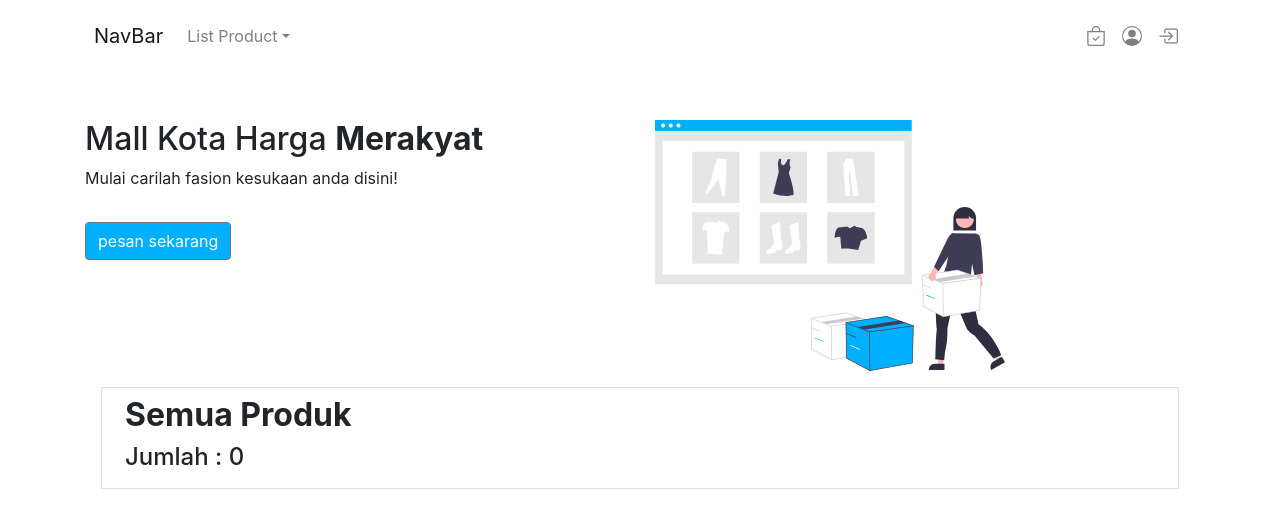
Repository: AHSANS354/ecommerce-catalog
Page: /
An editor plug-in stored every save of this project. The page is shown before and after the next save, followed by the edit.
The browser window is 1280 px wide. The pictures show the whole page.
The page's requests for data from a server got no answer. The project was rebuilt for these pictures with package versions that can differ from the ones it lists, and the page was loaded fresh each time. No one was signed in, and anything a server would have sent is missing. Also part of the build but not shown: vue.config.js, src/components/CardProduct.vue.

Above is the page before, as saved 2023-03-01 22:41:16.

### src/main.js
import Vue from "vue";
import App from "./App.vue";
import router from "./router";
import { BootstrapVue, IconsPlugin } from "bootstrap-vue";
// Import Bootstrap and BootstrapVue CSS files (order is important)
import "bootstrap/dist/css/bootstrap.css";
import "bootstrap-vue/dist/bootstrap-vue.css";
import "./assets/style/main.css";

// Make BootstrapVue available throughout your project
Vue.use(BootstrapVue);
// Optionally install the BootstrapVue icon components plugin
Vue.use(IconsPlugin);

Vue.config.productionTip = false;

new Vue({
  router,
  render: (h) => h(App),
}).$mount("#app");

### src/App.vue
<template>
  <div id="app">
    <router-view />
  </div>
</template>

### src/assets/style/main.css
.btn.btn-secondary {
  background-color: #00b0ff !important;
}

.card-img-top {
  height: 18rem;
}

.card {
  padding: 2rem;
}

.deskripsi {
  display: -webkit-box;
  -webkit-line-clamp: 3;
  -webkit-box-orient: vertical;
  overflow: hidden;
  text-overflow: ellipsis;
}

.title {
  display: -webkit-box;
  -webkit-line-clamp: 2;
  -webkit-box-orient: vertical;
  overflow: hidden;
  text-overflow: ellipsis;
}

### src/views/HomeView.vue
<template>
  <div class="home">
    <navbar-view />
    <div class="container mt-5">
      <div class="row">
        <div class="col-md-6">
          <h2>Mall Kota Harga <strong>Merakyat</strong></h2>
          <p>Mulai carilah fasion kesukaan anda disini!</p>

          <b-button class="mt-3"> pesan sekarang </b-button>
        </div>
        <div class="col-md-6">
          <img
            src="../assets/images/undraw_web_shopping_re_owap.svg"
            alt="foto"
            width="350"
          />
        </div>
      </div>

      <div class="row border m-3 p-2">
        <div class="col">
          <h2><strong>Semua Produk</strong></h2>
          <h4>
            Jumlah :
            {{ products.length }}
          </h4>
        </div>
      </div>

      <div class="row">
        <div class="col-md-4" v-for="product in products" :key="product.id">
          <card-product :product="product" />
        </div>
      </div>
    </div>
  </div>
</template>

<script>
import NavbarView from "@/components/NavbarView.vue";
import CardProduct from "@/components/CardProduct.vue";
import axios from "axios";
// @ is an alias to /src

export default {
  name: "HomeView",
  components: {
    NavbarView,
    CardProduct,
  },
  data() {
    return {
      products: [],
    };
  },
  methods: {
    setProduct(data) {
      this.products = data;
    },
  },
  mounted() {
    axios
      .get("https://fakestoreapi.com/products")
      .then((response) => this.setProduct(response.data))
      .catch((error) => console.log(error));
  },
};
</script>

### src/components/NavbarView.vue
<template>
  <div class="container p-2">
    <b-navbar toggleable="lg" type="light">
      <router-link class="navbar-brand" to="/">NavBar</router-link>

      <b-navbar-toggle target="nav-collapse"></b-navbar-toggle>

      <b-collapse id="nav-collapse" is-nav>
        <b-navbar-nav>
          <b-nav-item-dropdown text="List Product" right>
            <router-link class="dropdown-item" to="/">EN</router-link>
            <router-link class="dropdown-item" to="/">ES</router-link>
            <router-link class="dropdown-item" to="/">RU</router-link>
            <router-link class="dropdown-item" to="/">FA</router-link>
          </b-nav-item-dropdown>
        </b-navbar-nav>

        <!-- Right aligned nav items -->
        <b-navbar-nav class="ml-auto">
          <router-link to="/"
            ><b-nav-item><b-icon-bag-check></b-icon-bag-check></b-nav-item
          ></router-link>
          <router-link to="/"
            ><b-nav-item
              ><b-icon-person-circle></b-icon-person-circle></b-nav-item
          ></router-link>
          <router-link to="/"
            ><b-nav-item
              ><b-icon-box-arrow-in-right></b-icon-box-arrow-in-right></b-nav-item
          ></router-link>
        </b-navbar-nav>
      </b-collapse>
    </b-navbar>
  </div>
</template>

<script>
export default {
  name: "NavbarView",
};
</script>

<style>
</style>

Loaded but not shown: public/index.html (common file); src/router/index.js (common file)

After the next save:
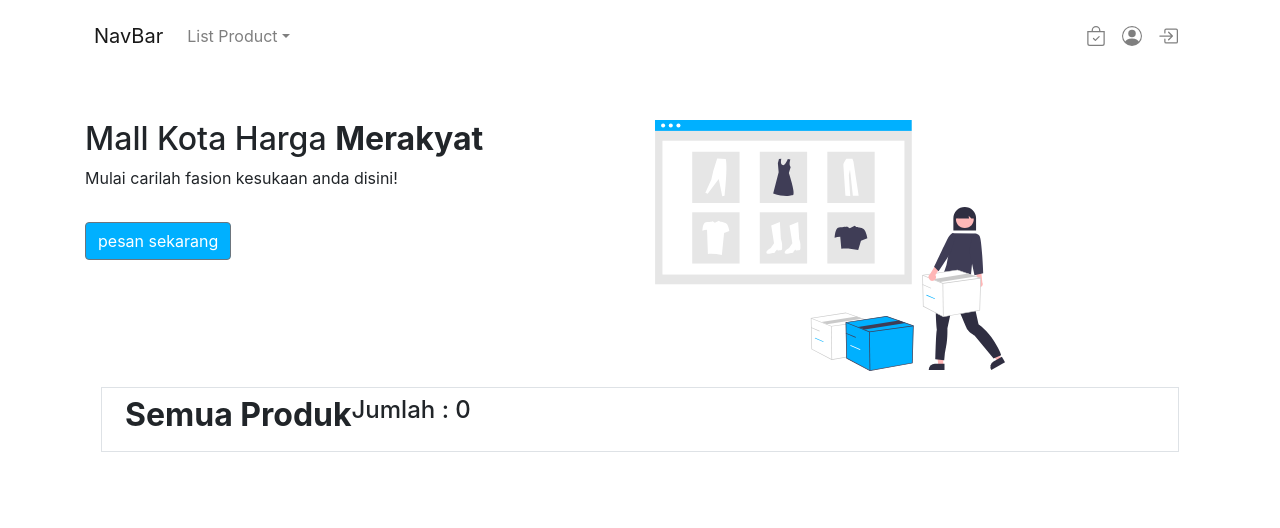
Saved 11 s later.
--- a/src/views/HomeView.vue
+++ b/src/views/HomeView.vue
@@ -19,7 +19,7 @@
       </div>
 
       <div class="row border m-3 p-2">
-        <div class="col">
+        <div class="col d-flex">
           <h2><strong>Semua Produk</strong></h2>
           <h4>
             Jumlah :
